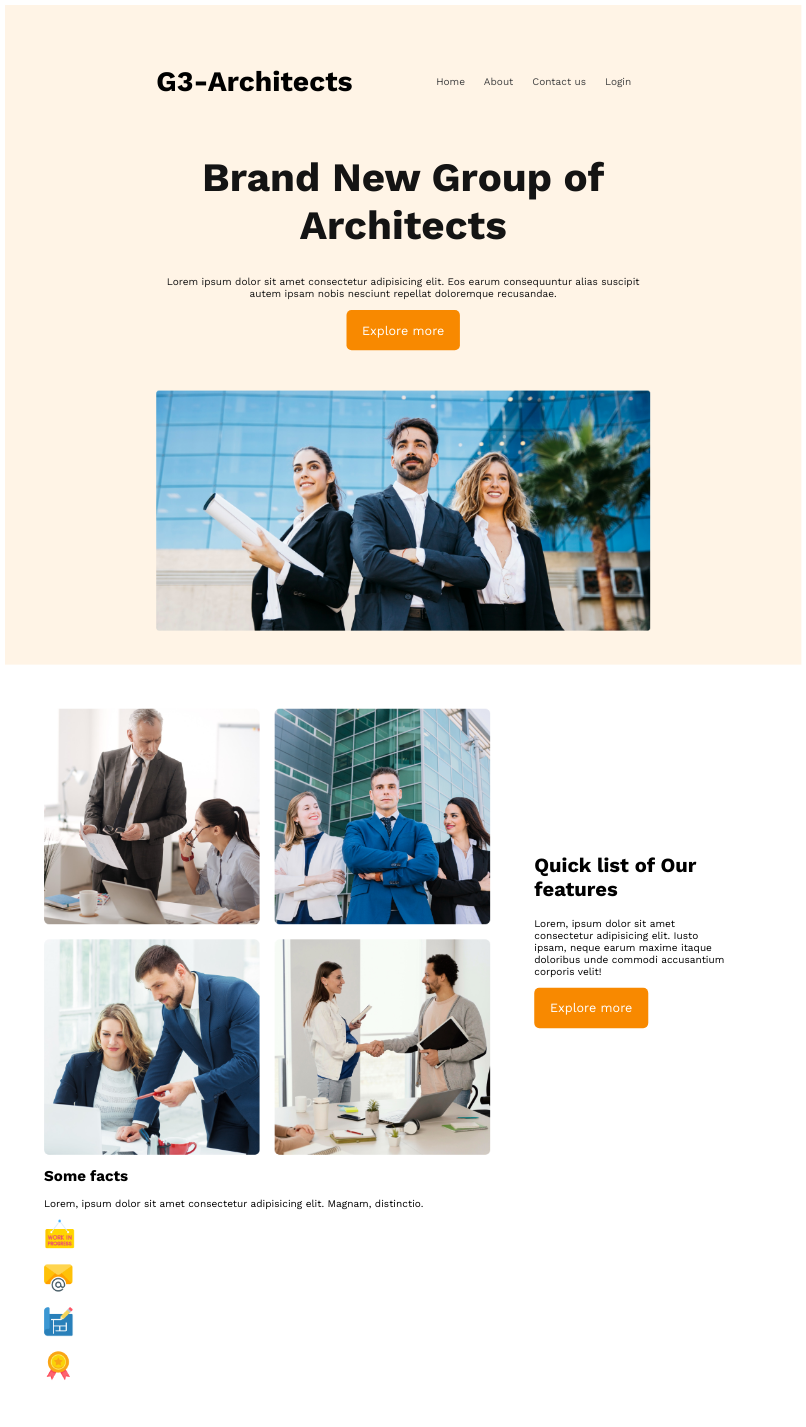
Repository: RudrasahaDibos/architects-resources
Page: index.html
These files come from the project's save history. The page is drawn as it stood at one moment and after a run of saves; the edit follows.
The browser window is 1280 px wide. The pictures show the whole page, at 63% of full size.

Above is the page before, as saved 2024-10-06 22:04:28.

### index.html
<!DOCTYPE html>
<html lang="en">
<head>
    <meta charset="UTF-8">
    <meta name="viewport" content="width=device-width, initial-scale=1.0">
    <link rel="stylesheet" href="index.css">
    <title>Responsive web side</title>
</head>
<body>
       <header>
              <nav>
                <h3 class="nav-title">G3-Architects</h3>
              <ul>
                 <li><a href="">Home</a></li>
                 <li><a href="">About</a></li>
                 <li><a href="">Contact us</a></li>
                 <li><a href="">Login</a></li>
              </ul>
              </nav>
             <div class="banner">
                <div class="banner-content">
                     <h1 class="banner-title">Brand New Group of Architects</h1>
                     <p class="banner-discription">Lorem ipsum dolor sit amet consectetur adipisicing elit. Eos earum consequuntur alias suscipit autem ipsam nobis nesciunt repellat doloremque recusandae.</p>
                     <button class="btn-banner">Explore more</button>
                </div>
                 <img src="images/banner.png" alt="">
             </div>

       </header>
       <main>
                <section class="team-container">
                        <div class="team-container-img">
                            <img src="images/team1.png" alt="">
                            <img src="images/team2.png" alt="">
                            <img src="images/team3.png" alt="">
                            <img src="images/team4.png" alt="">
                        </div>
                        <div class="team-content">
                             <h1 class="team-title">Quick list of Our features</h1>
                             <p class="team-discription">Lorem, ipsum dolor sit amet consectetur adipisicing elit. Iusto ipsam, neque earum maxime itaque doloribus unde commodi accusantium corporis velit!</p>
                             <button class="btn-banner">Explore more</button>
                            </div>

                </section>
                <!-- features -->
                 <section>

                 </section>
                 <!-- some -->
                  <section class="some-container">
                         <h1 class="some-title">Some facts</h1>
                    <p class="some-discription">Lorem, ipsum dolor sit amet consectetur
                      adipisicing elit. Magnam, distinctio.</p>
                   <div class="fact-card-container">
                          <div class="card">
                            <img src="/images/icons/customers.png" alt="">
                            <h2 class="card-start"></h2>
                            <p class="card-title"></p>
                          </div>
                          <div class="card">
                            <img src="/images/icons/email.png" alt="">
                            <h2 class="card-start"></h2>
                            <p class="card-title"></p>
                          </div>
                          <div class="card">
                            <img src="/images/icons/projects.png" alt="">
                            <h2 class="card-start"></h2>
                            <p class="card-title"></p>
                          </div>
                          <div class="card">
                            <img src="/images/icons/ribon.png" alt="">
                            <h2 class="card-start"></h2>
                            <p class="card-title"></p>
                          </div>
                  </div>
                  </section>
       </main>
       <footer>

       </footer>
</body>
</html>

### index.css
@import url('https://fonts.googleapis.com/css2?family=Work+Sans:ital,wght@0,100..900;1,100..900&display=swap');
/* shared section
 */
*{
    font-family: "Lato", sans-serif;
    font-family: "Open Sans", sans-serif;
    font-family: "Work sans", sans-serif;


}
.btn-banner{
    background-color: rgb(248, 137, 0);
    border-radius: 8px;
    font-size: 20px;
    padding: 20px 25px;
    color: #fff;
    border: 0;

}

/* header section */
header{
    background-color: rgba(255,144,14,0.10);
    padding: 50px 240px;

}
.nav-title{
    font-size: 2.8rem;
    font-weight: 700px;
}
nav{
    display: flex;
    justify-content: space-between;
    align-items: center;
}
nav >ul{
    display: flex;
}
nav li{
    list-style: none;
    margin-right: 30px;
    font-weight: 500px;
    font-size: 1rem;
}
 nav li a{
    text-decoration: none;
    color: #424242;
 }

 /* banner style */

 .banner-content{
    max-width: 800px;
    text-align: center;
    margin: 0 auto;
 }
 .banner-title{
    font-size: 4rem;
    font-weight: 700;
    color: #141414;
 }
 .banner-discription{
    color: #141414;
 }
 .banner img{
    margin-top: 4rem;
    width: 100%;
 }






 /* main  */

 main{
    max-width: 1140px;
    margin: 70px auto;

 }
 .team-container{
    display: flex;
    align-items: center;
 }
 .team-container-img{
    display: grid;
    grid-template-columns: repeat(2,1fr);
    gap: 1.5rem;
 }
 .team-content{
    margin-right: 60px  ;
    margin-left: 70px;
 }
 .team-title{
    font-size: 2.0rem;
 }

 /* some */
 .fact-card-container .card{
      border-radius: 10px
      border: 1px solid red;
 }
 /* media Quary */
 @media screen and (max-width: 576px) {
    header{
        padding: 20px;
    }
    nav, .team-container{
        flex-direction: column;
    }
    .team-container-img{
        grid-template-columns: repeat(1,1fr);
    }

 }

 @media screen and (min-width: 576px) and (max-width: 960px) {
    header{
        padding: 50px;
    }
    nav,.team-container{
        flex-direction: column;
    }
    .team-container-img{
        grid-template-columns: repeat(1,1fr);
    }
 }

After the next 2 saves:
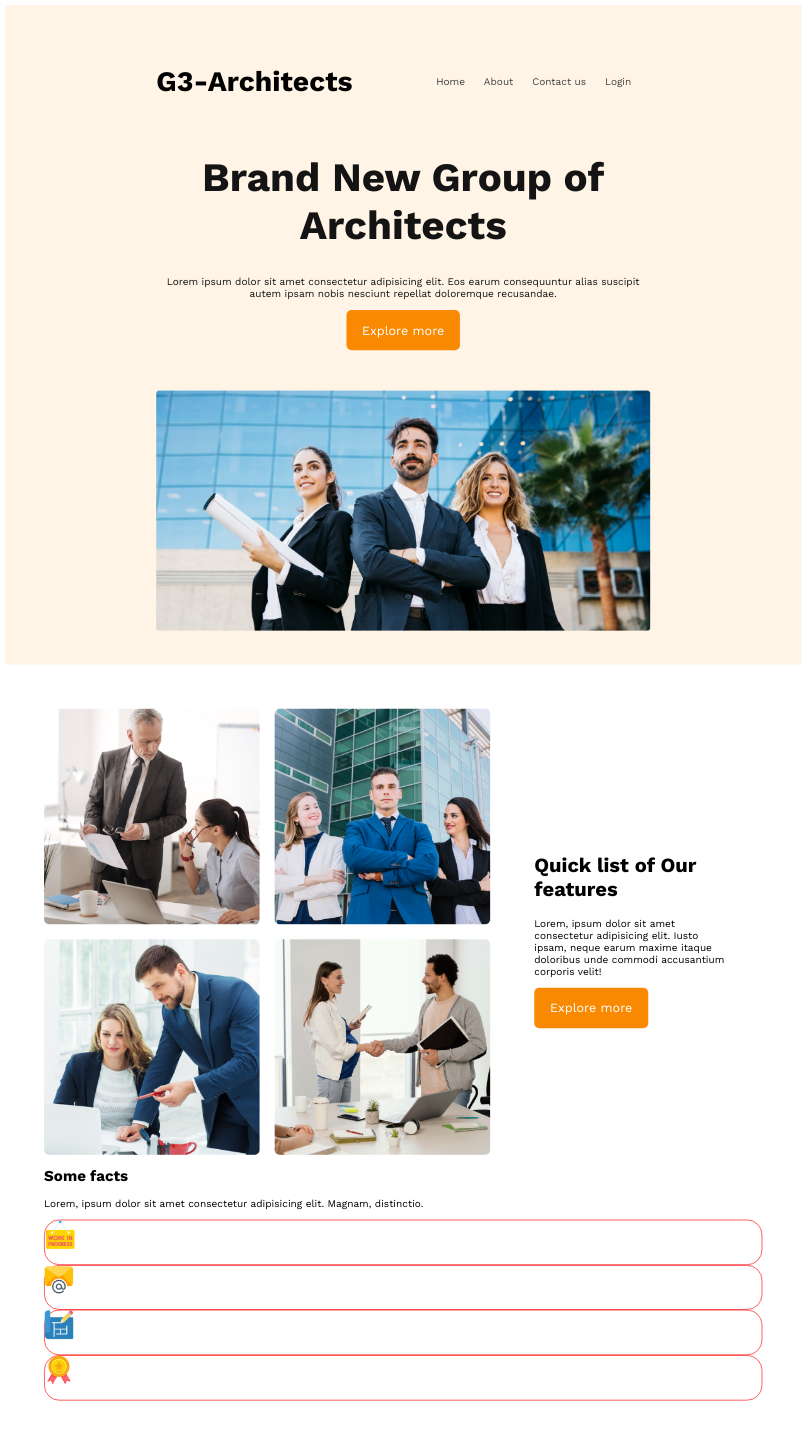
The 2 saves are shown as one change because they came seconds apart.
The last was saved 10 s later.
--- a/index.css
+++ b/index.css
@@ -98,7 +98,7 @@ nav li{
 
  /* some */
  .fact-card-container .card{
-      border-radius: 10px
+      border-radius: 1.5rem;
       border: 1px solid red;
  }
  /* media Quary */
